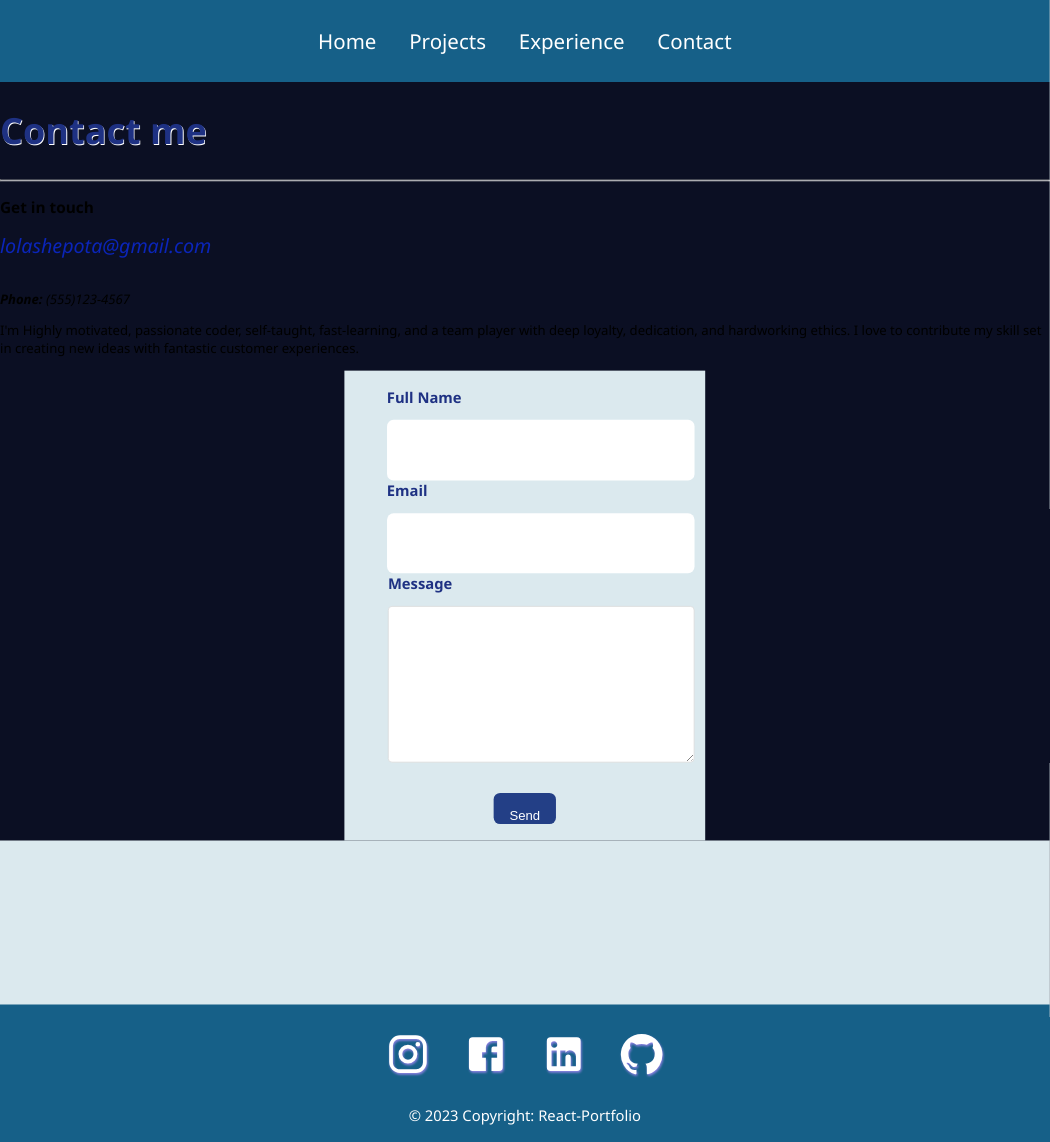
Repository: LolaSL/react-portfolio
Page: /contact
An editor plug-in stored every save of this project. The page is shown before and after the next save, followed by the edit.
The browser window is 1280 px wide. The pictures show the whole page, at 82% of full size.
The project was rebuilt for these pictures with package versions that can differ from the ones it lists, and the page was loaded fresh each time. Some packages were replaced by stand-ins written for this rebuild. Also part of the build but not shown: src/pages/Home/Style.css, src/pages/Home/Home.jsx, src/components/ProjectItem/Style.css, src/components/ProjectItem/ProjectItem.jsx, src/helpers/ProjectList.js, src/pages/Projects/Style.css, src/pages/Projects/Projects.jsx, src/pages/Experience/Style.css and 2 more.

Above is the page before, as saved 2023-09-27 17:43:03.

### src/App.js
import './App.css';
import { BrowserRouter as Router, Routes, Route } from 'react-router-dom';
import Home from './pages/Home/Home.jsx';
import Projects from './pages/Projects/Projects.jsx';
import Experience from './pages/Experience/Experience.jsx';
import Navbar from "./components/Navbar/Navbar.jsx";
import Footer from './components/Footer/Footer.jsx';
import ProjectDetail from './pages/ProjectDetail/ProjectDetail';
import Contact from './pages/Contact/Contact';


function App() {
  return (
    <div className="App">
      <Router>
      <Navbar />
        <Routes>
          <Route path="/" element={<Home />} />
          <Route path="/projects" element={<Projects />} />
          <Route path="/project/:id" element={<ProjectDetail />} />
          <Route path="/experience" element={<Experience />} />
          <Route path="/contact" element ={<Contact/>}/>
        </Routes>
        <Footer />
      </Router>
    </div>
  );
}

export default App;

### src/App.css
.App {
  width: 100%;
  height: auto;
  display: flex;
  flex-direction: column;
  font-family:'Segoe UI', Tahoma, Geneva, Verdana, sans-serif;
  background-color: #dbe9ee;
}

body {
  margin: 0;
  padding: 0;
}

### src/components/Navbar/Navbar.jsx
import React, { useEffect, useState } from "react";
import { Link, useLocation } from "react-router-dom";
import DehazeIcon from "@mui/icons-material/Dehaze";
import "./Style.css";

const Navbar = () => {
  const [expandNavbar, setExpandNavbar] = useState(false);
  const location = useLocation();
  useEffect(() => {
    setExpandNavbar(false);
  }, [location]);
  return (
    <div className="navbar" id={expandNavbar ? "open" : "close"}>
      <div className="toggleButton">
        <button
          onClick={() => {
            setExpandNavbar((prev) => !prev);
          }}
        >
          <DehazeIcon />
        </button>
      </div>
      <div className="links">
        <Link to="/"> Home </Link>
        <Link to="/projects"> Projects </Link>
        <Link to="/experience"> Experience </Link>
        <Link to="/contact"> Contact </Link>
      </div>
    </div>
  );
};

export default Navbar;

### src/components/Footer/Footer.jsx
import React from "react";
import { Link } from "react-router-dom";
import InstagramIcon from "@mui/icons-material/Instagram";
import FacebookIcon from "@mui/icons-material/Facebook";
import LinkedInIcon from "@mui/icons-material/LinkedIn";
import GitHubIcon from "@mui/icons-material/GitHub";
import "./Style.css";

const Footer = () => {
  return (
    <div className="footer">
      <div className="socialMedia">
        <Link to="https://www.instagram.com">
          <InstagramIcon />
        </Link>
        <Link to="https://www.facebook.com">
          <FacebookIcon />
        </Link>
        <Link to="https://www.linkedin.com/in/lola-s-2aba6340-lo">
          <LinkedInIcon />
        </Link>
        <Link to="https://github.com">
          <GitHubIcon />
        </Link>
      </div>
      <div className="copyright">
        <p>&copy; {new Date().getFullYear()} Copyright: React-Portfolio</p>
      </div>
    </div>
  );
};

export default Footer;

### src/pages/Contact/Contact.jsx
// import React, { useRef } from "react";
// import emailjs from "@emailjs/browser";
// import { Container, Row, Col } from "react-bootstrap";
// import { contactConfig } from "./contactConfig";
// import "./Style.css";

// const ContactForm = () => {
//   const form = useRef();

//   const sendEmail = (e) => {
//     e.preventDefault();

//     emailjs.sendForm("MY_SERVICE", "MY-TEMPLATE", form.current, "MY-KEY").then(
//       (result) => {
//         console.log(result.text);
//         console.log("message sent");
//       },
//       (error) => {
//         console.log(error.text);
//       }
//     );
//   };
//   return (
//     <Container >
//       <Row className="mb-5 mt-3 p-4">
//         <Col lg="8">
//           {" "}
//           <h1 className="display-4 mb-4 text-center">Contact me</h1>
//           <hr className="t_border my-4 ml-0 text-left" />
//         </Col>
//       </Row>
//       <Row className="sec-sp">
//         <Col lg="5" className="mb-5">
//           <h3 className="color_sec py-4">Get in touch</h3>
//           <address>
//             <strong>      <a href={`mailto:${contactConfig.YOUR_EMAIL}`}>
//                 {contactConfig.YOUR_EMAIL}
//               </a></strong>
//               <br />
//               <br />
//               {contactConfig.hasOwnProperty("YOUR_FONE") ? (
//                 <p>
//                   <strong>Phone:</strong> {contactConfig.YOUR_FONE}
//                 </p>
//               ) : (
//                 ""
//               )}
//             </address>
//             <p>{contactConfig.description}</p>
//           </Col>
//         <Col lg="7" className="d-flex align-items-center">
//           <form ref={form} onSubmit={sendEmail} className="contact-form w-100">
//           <Row>
//                 <Col lg="6" className="form-group">
//                   <input
//                     className="form-control"
//                     id="name"
//                     name="name"
//                     placeholder="Name"
//                     type="text"
//                     required
//                   />
//                 </Col>
//                 <Col lg="6" className="form-group">
//                   <input
//                     className="form-control rounded-0"
//                     id="email"
//                     name="email"
//                     placeholder="Email"
//                     type="email"
//                     required
//                   />
//                 </Col>
//               </Row>
//               <textarea
//                 className="form-control rounded-0"
//                 id="message"
//                 name="message"
//                 placeholder="Message"
//                 rows="5"
//                 required
//               ></textarea>
//               <br />
//             <Row>
//               <Col lg="12" className="form-group">
//                 <input
//                   type="submit"
//                   className="btn"
//                   value="Send"
//                   disabled={true}
//                 />
//               </Col>
//             </Row>
//           </form>
//         </Col>
//       </Row>
//     </Container>
//   );
// };

// export default ContactForm;

import React, { useRef } from "react";
import emailjs from "@emailjs/browser";
import { Container, Row, Col } from "react-bootstrap";
import { contactConfig } from "./contactConfig";
import "./Style.css";

const ContactForm = () => {
  const form = useRef();

  const sendEmail = (e) => {
    e.preventDefault();

    emailjs.sendForm("MY_SERVICE", "MY-TEMPLATE", form.current, "MY-KEY").then(
      (result) => {
        console.log(result.text);
        console.log("message sent");
      },
      (error) => {
        console.log(error.text);
      }
    );
  };
  return (
    <Container className="container">
      <Row className="mb-5 mt-3 p-4">
        <Col lg={{ span: 8, offset: 2 }} md={{ span: 10, offset: 1 }}>
          <h1 className="display-4 mb-4 text-center">Contact me</h1>
          <hr className="t_border my-4 ml-0 text-left" />
        </Col>
      </Row>
      <Row className="sec-sp">
        <Col lg={5} md={6} className="mb-5">
          <h3 className="color_sec py-4">Get in touch</h3>
          <address>
            <strong>
              <a href={`mailto:${contactConfig.YOUR_EMAIL}`}>
                {contactConfig.YOUR_EMAIL}
              </a>
            </strong>
            <br />
            <br />
            {contactConfig.hasOwnProperty("YOUR_FONE") ? (
              <p>
                <strong>Phone:</strong> {contactConfig.YOUR_FONE}
              </p>
            ) : (
              ""
            )}
          </address>
          <p>{contactConfig.description}</p>
        </Col>
        <Col lg={7} md={6} className="d-flex align-items-center">
          <form ref={form} onSubmit={sendEmail} className="contact-form w-100">
            <Row className="w-100">
              <Col lg={6} md={6} sm={12} className="form-group">
                <label htmlFor="name">Full Name</label>
                <input
                  className="form-control"
                  id="name"
                  name="name"
                  type="text"
                  required
                />
              </Col>
              <Col lg={6} md={6} sm={12} className="form-group">
                <label htmlFor="email">Email</label>
                <input
                  className="form-control rounded-0"
                  id="email"
                  name="email"
                  type="email"
                  required
                />
              </Col>
            </Row>
            <Row className="w-100">
              <Col lg={12} md={12} sm={12} className="form-group">
                <label htmlFor="message">Message</label>
                <textarea
                  className="form-control rounded-0"
                  id="message"
                  name="message"
                  rows="5"
                  required
                ></textarea>
              </Col>
            </Row>
            <Row className="w-100">
              <Col lg={12} md={12} sm={12} className="form-group ">
                <input
                  type="submit"
                  className="btn btn-primary"
                  value="Send"
                  disabled={false}
                />
              </Col>
            </Row>
          </form>
        </Col>
      </Row>
    </Container>
  );
};

export default ContactForm;

### src/components/Navbar/Style.css
.navbar {
  width: 100%;
  height: 100px;
  background: #166088;
}

.links {
  width: 100%;
  height: 100%;
  display: flex;
  align-items: center;
  justify-content: center;
  color: white;
}

.navbar a {
  color: white;
  text-decoration: none;
  margin: 20px;
  font-size: 25px;
}

.toggleButton {
  width: 100%;
  height: 100px;
  display: flex;
  align-items: center;
  justify-content: flex-end;
}

.toggleButton svg {
  font-size: 50px;
}
.toggleButton button {
  margin-right: 20px;
  padding: 8px;
  background-color: transparent;
  border: none;
  color: white;
  cursor: pointer;
}

#open {
  height: 100vh;
}

#open .links {
  flex-direction: column;
  justify-content: flex-start;
  margin-top: 100px;
}

#open a {
  width: 100%;
  text-align: center;
}

@media only screen and (max-width: 900px) {
  .navbar a {
    width: 600px;
  }
}

@media only screen and (max-width: 600px) {
  .toggleButton {
    display: flex;
  }
  #close a {
    display: none;
  }
}

@media only screen and (min-width: 600px) {
  .toggleButton {
    display: none;
  }

  .hiddenLinks {
    display: none;
  }

  #open {
    height: 100px;
  }

  #open .links {
    flex-direction: row;
  }
}

### src/components/Footer/Style.css
.footer {
    width: 100%;
    height: 155px;
    background: #166088;
    display: flex;
    justify-content: center;
    align-items: center;
    flex-direction: column;
    padding-top: 10px;
    margin-top: 200px;
    position: related;
    bottom: 0;
    left: 0;
    right: 0;
  }
  .footer{
    height: 22vh;
  }
  .socialMedia svg{
    color: white;
    margin: 20px;
    font-size: 55px;
    cursor: pointer;
    margin-bottom: 10px;
  }
  .socialMedia svg:hover{
    color: #e76972;
    margin: 20px;
    font-size: 55px;
    cursor: pointer;
    margin-bottom: 10px;
    background-color: transparent;
    transition: all ease 0.3s;
    border: none;
    text-shadow: 0 0 0.625em #d83535;
  }
.copyright p{
    color: white;
    font-size: 18px;
  }

  @media only screen and (max-width: 600px) {
    .footer svg {
      font-size: 50px;
    }
    .copyright p{
      font-size: 16px;
    }
  }

### src/pages/ProjectDetail/Style.css
.project {
  width: 100%;
    height: auto;
    display: flex;
    justify-content: center;
    align-items: center;
    flex-direction: column;
    color: #3e497a;
}

.project  h1 {
  text-align: center;
  color: #3e497a;
  font-size:50px;
  font-weight: bolder;
  margin-top: 30px

}
.project img {
  max-width: 700px;
  border-radius: 10px;
  margin-bottom: 40px;
}

.project h3 {
  font-size: 1.7rem;
  color: #3e497a;
  padding: 50px;
  text-align: justify;
}
a {
  text-decoration: none;
  color: rgb(11, 37, 185);
  font-weight: normal;
  font-size: 24px;
}
a:hover {
  text-decoration: none;
   color: #e76972;
  font-weight: bold;
  transition: all ease 0.3s;
  font-size: 24px;
  cursor: pointer;
  text-shadow: 0 0 0.625em #d83535;
}
.project svg {
  font-size: 60px;
  color: #3e497a;
}
.project svg:hover {
  color: #2d2d84;
  cursor: pointer;
}
svg {
  filter: drop-shadow(1px 2px 1px rgb(144, 130, 227));
}
@media only screen and (max-width: 1300px) {
  .project img {
    max-width: 500px;
    border-radius: 8px;
  }
  .project h1 {
    font-size: 1.8rem;
  }
  .project h3 {
    font-size: 1.4rem;
  }
}

@media only screen and (max-width: 800px) {
  .project img {
    max-width: 374px;
    border-radius: 6px;
  }
  .project h1 {
    font-size:37px;
    text-align: center;
    color: #3e497a;
  }
  .project h3 {
    font-size: 1.3rem;
  }

}

### src/pages/Contact/contactConfig.js
// const contactConfig = {
//     description: "I'm Highly motivated, passionate coder, self-taught, fast-learning, and a team player with deep loyalty, dedication, and hardworking ethics. I love to contribute my skill set in creating new ideas with fantastic customer experiences."
// }
// export {
//     contactConfig
// }
const logotext = 'Lola Shepota';
const meta = {
    title: 'Lola Shepota',
    description:
        "I'm Highly motivated, passionate coder, Full-Stact Junior. ",
};

const introdata = {
    title: 'I’m John Doe',
    animated: {
        first: 'I love coding',
        second: "I'm creating new ideas with fantastic customer experiences",
        third: 'A team player with deep loyalty',
    },
    description:
        "I'm self-taught, fast-learning, and  dedication, and hardworking ethics. I love contributing my skills to code websites.",
    your_img_url: 'https://avatars.githubusercontent.com/u/67796082?v=4',
};

const dataabout = {
    title: 'About my self',
    aboutme:
        'Lorem ipsum dolor sit amet, consectetur adipiscing elit. Praesent quis dolor id ligula semper elementum feugiat pretium nulla. Nunc non commodo dolor. Nunc mollis dignissim facilisis. Morbi ut magna ultricies.',
};
const worktimeline = [
    {
        jobtitle: 'Designer of week',
        where: 'YAdfi',
        date: '2020',
    },
    {
        jobtitle: 'Designer of week',
        where: 'Jamalya',
        date: '2019',
    },
    {
        jobtitle: 'Designer of week',
        where: 'ALquds',
        date: '2019',
    },
];



const services = [
    {
        title: 'UI & UX Design',
        description:
            'Lorem ipsum dolor sit amet, consectetur adipiscing elit. Sed at nisl euismod urna bibendum sollicitudin.',
    },
    {
        title: 'Mobile Apps',
        description:
            'Lorem ipsum dolor sit amet, consectetur adipiscing elit. Sed at nisl euismod urna bibendum sollicitudin.',
    },
    {
        title: 'Wordpress Design',
        description:
            'Lorem ipsum dolor sit amet, consectetur adipiscing elit. Sed at nisl euismod urna bibendum sollicitudin.',
    },
];

const contactConfig = {
    YOUR_EMAIL: 'lolashepota@gmail.com',
    YOUR_FONE: '(555)123-4567',
    description:
        "I'm Highly motivated, passionate coder, self-taught, fast-learning, and a team player with deep loyalty, dedication, and hardworking ethics. I love to contribute my skill set in creating new ideas with fantastic customer experiences.",
    YOUR_SERVICE_ID: 'service_id',
    YOUR_TEMPLATE_ID: 'template_id',
    YOUR_USER_ID: 'user_id',
};


export {
    meta,
    dataabout,
    worktimeline,
    services,
    introdata,
    contactConfig,
    logotext,
};

### src/pages/Contact/Style.css
.container {
  background-color:#0b0f23
}
.contact-form {
  max-width: 400px;
  margin: 0 auto;
  padding: 20px;
  background-color: #dbe9ee;
  display: flex;
  flex-direction: column;
  align-items: center;
  color: #1e3183;
  font-size: 18px;
  font-weight: 600;


}
h1{
  font-size: 44px;
 color: #1e3183;
 text-shadow: 1px 1px  #ffffff;

}
  input {
    width: 100%;
    height: 35px;
    padding: 9px;
    outline: none;
    border-radius: 5px;
    border: 1px solid rgb(220, 220, 220);

    &:focus {
      border: 2px solid rgba(0, 206, 158, 1);
    }
  }
  input,
  textarea {
    width: 100%;
    font-size: 1rem;
    padding: 1.2rem;
    color: grey;
    background-color: dark;
    outline: none;
    border: none;
    border-radius: 8px;
    margin-top: 1rem;
  }
  textarea {
   width: 100%;
    max-height: 100px;
    border-radius: 8px;
    padding: 1.2rem;
    outline: none;
    border-radius: 5px;
    border: 1px solid rgb(220, 220, 220);
    min-height:150px;
    resize: vertical;
    &:focus {
      border: 2px solid rgba(0, 206, 158, 1);
    }
  }

  input[type="submit"] {
    margin-top: 2rem;
    cursor: pointer;
    background: #233f86;
    color: white;
    border: none;
    width: 100%;
  }
  input:hover[type="submit"] {
    margin-top: 2rem;
    cursor: pointer;
    background: #e76972;
    color: white;
    border: none;
  }

/*
  .form-group {
    width: 100%;
    margin-bottom: 2rem;
  }
  label {
    font-size: 1.8rem;
  }
  input,
  textarea {
    width: 100%;
    font-size: 2rem;
    padding: 1.2rem;
    color: var(--gray-1);
    background-color: var(--deep-dark);
    outline: none;
    border: none;
    border-radius: 8px;
    margin-top: 1rem;
  }
  textarea {
    min-height: 250px;
    resize: vertical;
  }
  button[type='submit'] {
    background-color: var(--gray-1);
    color: var(--black);
    font-size: 2rem;
    display: inline-block;
    outline: none;
    border: none;
    padding: 1rem 4rem;
    border-radius: 8px;
    cursor: pointer;
  } */

Loaded but not shown: public/index.html (common file); src/index.js (common file); src/reportWebVitals.js (common file)

After the next save:
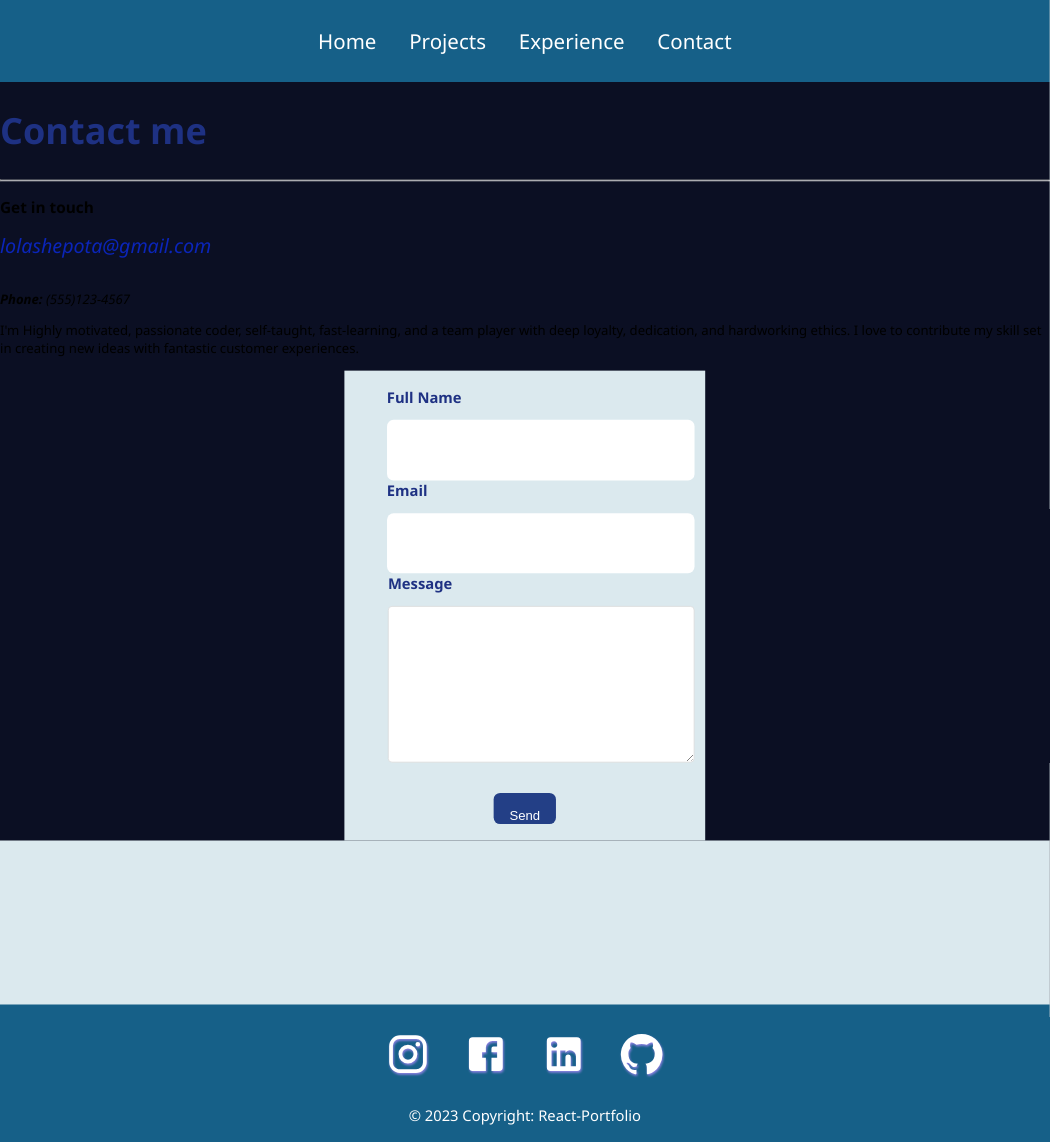
Saved 4 s later.
--- a/src/pages/Contact/Style.css
+++ b/src/pages/Contact/Style.css
@@ -18,7 +18,7 @@
 h1{
   font-size: 44px;
  color: #1e3183;
- text-shadow: 1px 1px  #ffffff;
+ text-shadow: 1px   #ffffff;
 
 }
   input {
